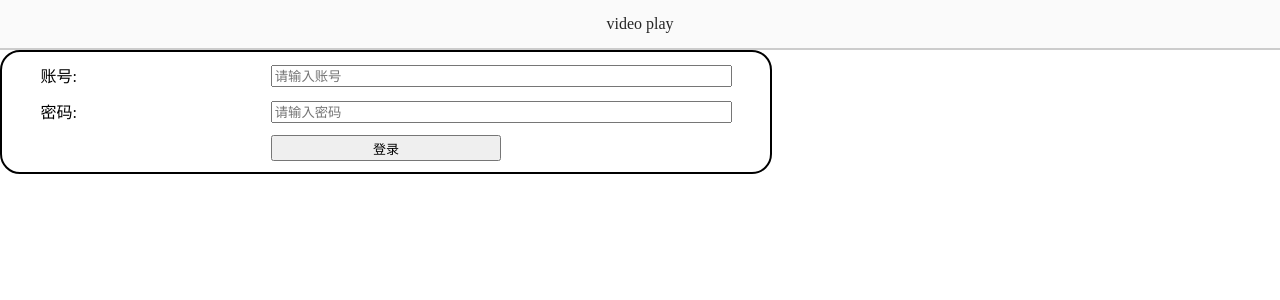
Repository: andycj7/-
Page: web/videoplay/index.html
These files come from the project's save history. The page is drawn as it stood at one moment and after the next save; the edit follows.
The browser window is 1280 px wide. The pictures show the whole page.

Above is the page before, as saved 2020-07-20 01:07:47.

### web/videoplay/index.html
<html>

<head>
<meta charset="utf-8">
<meta name="viewport"
	content="initial-scale=1, maximum-scale=1, user-scalable=no, width=device-width">
<title>VideoPlay</title>
<link rel="stylesheet" href="css/base.css">
</head>

<body>
	<div class="title">video play</div>
	<div class="line"></div>
	<div class="body">
		<div id="divParentLogin" class="div-parent-login">
			<div class="div-child-login">
				<label class="label-login">账号:</label> <input id="inputUserName"
					class="input-login" type="text" placeholder="请输入账号"></input>
			</div>
			<div class="div-child-login">
				<label class="label-login">密码:</label>
				<input id="inputPassWord" class="input-login" type="password" placeholder="请输入密码"></input>
			</div>
			<div class="div-child-login">
				<button class="button-login" onclick="on_login()">登录</button>
			</div>
		</div>

		<div id="divParentPlay" class="div-parent-play">
			<div class="div-child-video">
				<video id="videoPlay" class="video-play" preload="auto">
					<source src="./res/video/2.mp4" type="video/mp4">
				</video>
			</div>
			<div class="div-child-control">
				<button class="button-play-1" onclick="on_play()">开始播放</button>
				<button class="button-play-1" onclick="on_pause()">暂停播放</button>
				<button class="button-play-1" onclick="on_finish()">结束播放</button>
			</div>
			<div class="div-child-control">
				<button class="button-play-2" onclick="on_set_mute(true)">静音</button>
				<button class="button-play-2" onclick="on_set_mute(false)">取消静音</button>
				<button class="button-play-2" onclick="on_set_volume(true)">音量+</button>
				<button class="button-play-2" onclick="on_set_volume(false)">音量-</button>
			</div>
		</div>
	</div>
</body>
<script src="js/index.js"></script>
</html>

### web/videoplay/css/base.css
@charset "UTF-8";

body {
	margin: 0;
}

.title {
	height: 48px;
	font-size: 16px;
	line-height: 48px;
	text-align: center;
	color: rgba(0, 0, 0, .85);
	background-color: #fafafa;
}

.line {
	width: 100%;
	height: 2px;
	background-color: rgb(204, 204, 204);
}

.body {
	flex-direction: column;
	justify-content: center;
	align-items: center;
	height: 600px;
}

.div-parent-login {
	display: flex;
	flex-direction: column;
	justify-content: center;
	align-items: center;
	border: 2px solid #000;
	border-radius: 20px;
	height: 20%;
	width: 60%;
}

.div-child-login {
	display: flex;
	flex-direction: row;
	justify-content: space-around;
	align-items: center;
	height: 30%;
	width: 100%;
}

.div-space {
	height: 10%;
	width: 100%;
}

.button-login {
	height: 70%;
	width: 30%;
	font-size: 13px;
}

.label-login {
	height: 70%;
	width: 20%;
}

.input-login {
	height: 60%;
	width: 60%;
}

.div-parent-play {
	display: flex;
	flex-direction: column;
	justify-content: center;
	align-items: center;
	height: 60%;
	width: 100%;
	display: none;
}

.div-child-video {
	height: 60%;
	width: 100%;
}

.div-child-control {
	display: flex;
	flex-direction: row;
	justify-content: space-around;
	align-items: center;
	height: 20%;
	width: 100%;
}

.button-play-1 {
	height: 70%;
	width: 30%;
	font-size: 16px;
}

.button-play-2 {
	height: 70%;
	width: 22%;
	font-size: 15px;
}

.video-play {
	height: 100%;
	width: 100%;
}

### web/videoplay/js/index.js
/**
 *
 */

const on_login = ()=>{

	let usrName = document.getElementById("inputUserName").value;
	let passWord = document.getElementById("inputPassWord").value;
	if(usrName == "张三" && passWord == "123"){
		document.getElementById("divParentLogin").style.visibility = "hidden";
		document.getElementById("divParentPlay").style.visibility = "visible"
	}
	else{
		alert("登录名或密码错误！！！");
	}
};

const on_play = () => {

	document.getElementById("videoPlay").play();
}

const on_pause = () => {

	document.getElementById("videoPlay").pause();
}

const on_set_mute = (flag) => {

	document.getElementById("videoPlay").muted = flag;
};

const on_set_volume = (flag) => {
	var video = document.getElementById("videoPlay");
	console.log(video.volume+"\n");
	if(flag == true){
		if(video.volume <= 0.9)
			video.volume += Number(0.1);
	}
	else if(flag == false){
		if(video.volume >= 0.1)
			video.volume -= Number(0.1);
	}
}

const on_finish = ()=> {
	document.getElementById("videoPlay").load();
}

After the next save:
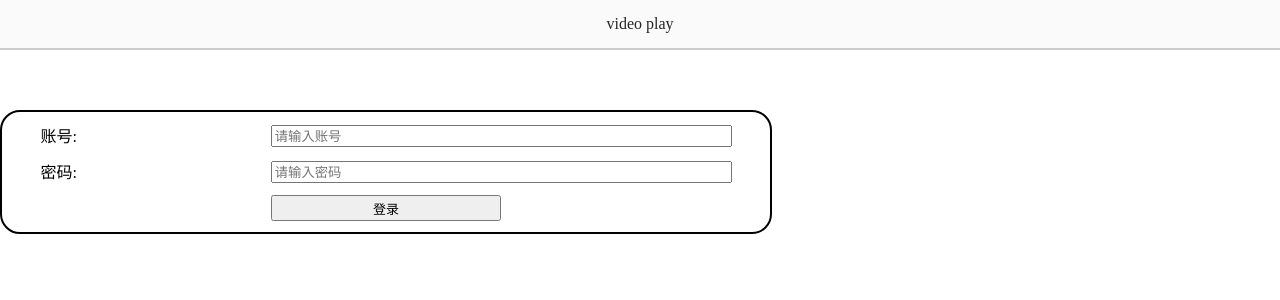
Saved 94 s later.
--- a/web/videoplay/index.html
+++ b/web/videoplay/index.html
@@ -8,41 +8,40 @@
 <link rel="stylesheet" href="css/base.css">
 </head>
 
-<body>
+<body class="body">
 	<div class="title">video play</div>
 	<div class="line"></div>
-	<div class="body">
-		<div id="divParentLogin" class="div-parent-login">
-			<div class="div-child-login">
-				<label class="label-login">账号:</label> <input id="inputUserName"
-					class="input-login" type="text" placeholder="请输入账号"></input>
-			</div>
-			<div class="div-child-login">
-				<label class="label-login">密码:</label>
-				<input id="inputPassWord" class="input-login" type="password" placeholder="请输入密码"></input>
-			</div>
-			<div class="div-child-login">
-				<button class="button-login" onclick="on_login()">登录</button>
-			</div>
+	<div class="div-space"></div>
+	<div id="divParentLogin" class="div-parent-login">
+		<div class="div-child-login">
+			<label class="label-login">账号:</label> <input id="inputUserName"
+				class="input-login" type="text" placeholder="请输入账号"></input>
 		</div>
+		<div class="div-child-login">
+			<label class="label-login">密码:</label> <input id="inputPassWord"
+				class="input-login" type="password" placeholder="请输入密码"></input>
+		</div>
+		<div class="div-child-login">
+			<button class="button-login" onclick="on_login()">登录</button>
+		</div>
+	</div>
 
-		<div id="divParentPlay" class="div-parent-play">
-			<div class="div-child-video">
-				<video id="videoPlay" class="video-play" preload="auto">
-					<source src="./res/video/2.mp4" type="video/mp4">
-				</video>
-			</div>
-			<div class="div-child-control">
-				<button class="button-play-1" onclick="on_play()">开始播放</button>
-				<button class="button-play-1" onclick="on_pause()">暂停播放</button>
-				<button class="button-play-1" onclick="on_finish()">结束播放</button>
-			</div>
-			<div class="div-child-control">
-				<button class="button-play-2" onclick="on_set_mute(true)">静音</button>
-				<button class="button-play-2" onclick="on_set_mute(false)">取消静音</button>
-				<button class="button-play-2" onclick="on_set_volume(true)">音量+</button>
-				<button class="button-play-2" onclick="on_set_volume(false)">音量-</button>
-			</div>
+	<div id="divParentPlay" class="div-parent-play">
+		<div class="div-child-video">
+			<video id="videoPlay" class="video-play" preload="auto">
+				<source src="./res/video/2.mp4" type="video/mp4">
+			</video>
+		</div>
+		<div class="div-child-control">
+			<button class="button-play-1" onclick="on_play()">开始播放</button>
+			<button class="button-play-1" onclick="on_pause()">暂停播放</button>
+			<button class="button-play-1" onclick="on_finish()">结束播放</button>
+		</div>
+		<div class="div-child-control">
+			<button class="button-play-2" onclick="on_set_mute(true)">静音</button>
+			<button class="button-play-2" onclick="on_set_mute(false)">取消静音</button>
+			<button class="button-play-2" onclick="on_set_volume(true)">音量+</button>
+			<button class="button-play-2" onclick="on_set_volume(false)">音量-</button>
 		</div>
 	</div>
 </body>
